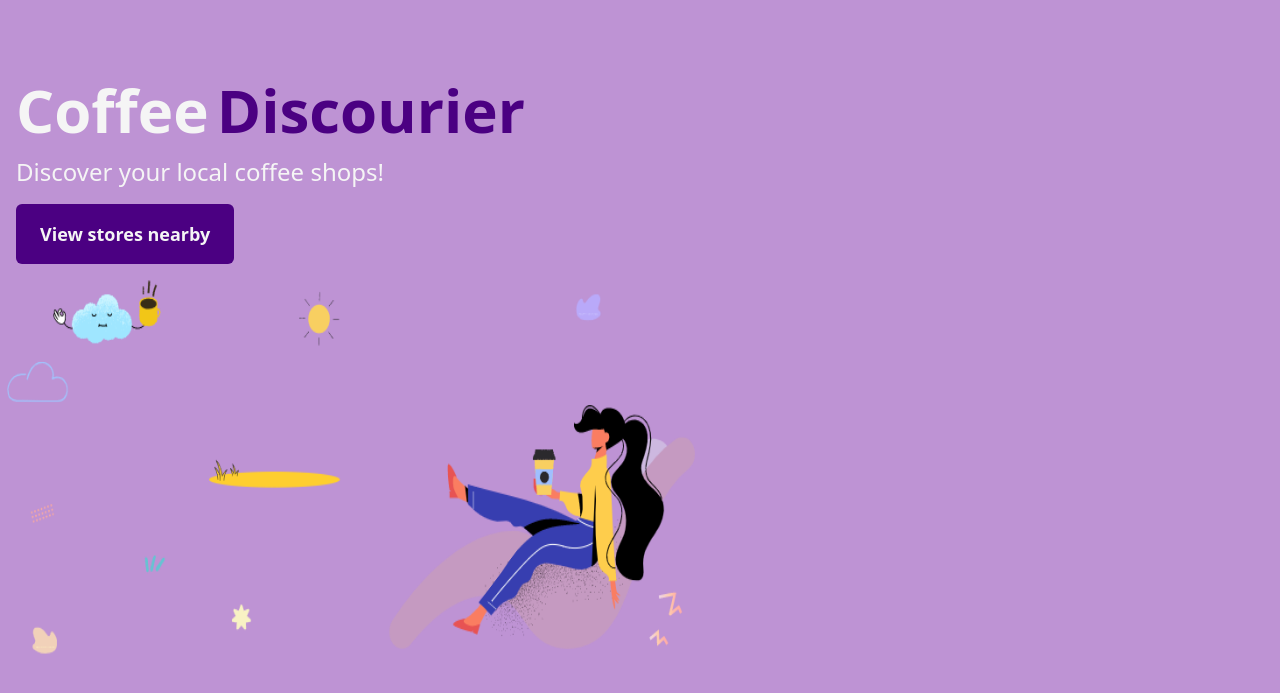
Repository: Tomiogunsan/Coffee-Discourier
Page: /
An editor plug-in stored every save of this project. The page is shown before and after the next save, followed by the edit.
The browser window is 1280 px wide. The pictures show the whole page.
The project was rebuilt for these pictures with package versions that can differ from the ones it lists, and the page was loaded fresh each time. The framework's server and built-in components were replaced by stand-ins that run in the browser. Also part of the build but not shown: next.config.js.

Above is the page before, as saved 2023-02-15 19:12:23.

### pages/_document.js
import { Html, Head, Main, NextScript } from 'next/document'

export default function Document() {
  return (
    <Html lang="en">
      <Head>
      <link  href="https://fonts.googleapis.com/css2?family=IBM+Plex+Sans:wght@300;400;500;600;700&family=Lato:wght@100;300;400;700;900&family=Montserrat:wght@300;400;500;600;
      700;800&family=Nunito:wght@500;700;800;900;1000&display=swap"
      rel="stylesheet"/>
      </Head>
      <body>
        <Main />
        <NextScript />
      </body>
    </Html>
  )
}

### pages/index.js
import Head from 'next/head'
import Image from 'next/image'
import { Inter } from '@next/font/google'

import Banner from '../components/banner'

const inter = Inter({ subsets: ['latin'] })

export default function Home() {
  function handleOnBannerBtn() {
    console.log("hi");
  }
  return (
    <>
      <Head>
        <title>Coffee Discourier</title>
        <meta name="description" content="Generated by create next app" />
        <meta name="viewport" content="width=device-width, initial-scale=1" />
        <link rel="icon" href="/favicon.ico" />
      </Head>
      <main>

    <Banner  buttonText='View stores nearby'
    handleOnClick={handleOnBannerBtn}/>
    <Image
    src="/static/hero-image.png"
    width={700}
    height={400}
    className="absolute top-[62px] md:top-10 z-1 md:right-[20%]"
    />






      </main>
    </>
  )
}

### styles/globals.css

body {
  color: rgb(var(--foreground-rgb));
  background: #be93d4;

  background-position: 50%;
  background-repeat: no-repeat;
  background-size: cover;

  height: 100%;
  font-family: ;
}

*{
  box-sizing:border-box;
}
@tailwind base;
@tailwind components;
@tailwind utilities;

### components/banner.js
import React from 'react'

export default function banner(props) {
  return (
    <div className='max-w-7xl mx-auto pt-[80px] pl-4'>
      <h1 >
        <span className='text-[#f5f5f5]  text-[45px] md:text-6xl capitalize font-extrabold'> Coffee</span>
        <span className='text-[#4B0082] block md:inline-block capitalize text-[45px] md:text-6xl font-bold md:ml-2 '>Discourier</span>
      </h1>
      <p className='text-[#f5f5f5] text-xl md:text-2xl py-2 md:py-4'>Discover your local coffee shops!</p>
      <button className='font-bold  bg-[#4B0082] text-[#f5f5f5] text-lg px-6 py-4 rounded-md' onClick={props.handleOnClick}>{props.buttonText}</button>
    </div>
  )
}

### tailwind.config.js
/** @type {import('tailwindcss').Config} */
module.exports = {
  content: [ "./app/**/*.{js,ts,jsx,tsx}",
  "./pages/**/*.{js,ts,jsx,tsx}",
  "./components/**/*.{js,ts,jsx,tsx}"],
  theme: {
    extend: {},
  },
  plugins: [],
}

Loaded but not shown: pages/_app.js (common file)

After the next save:
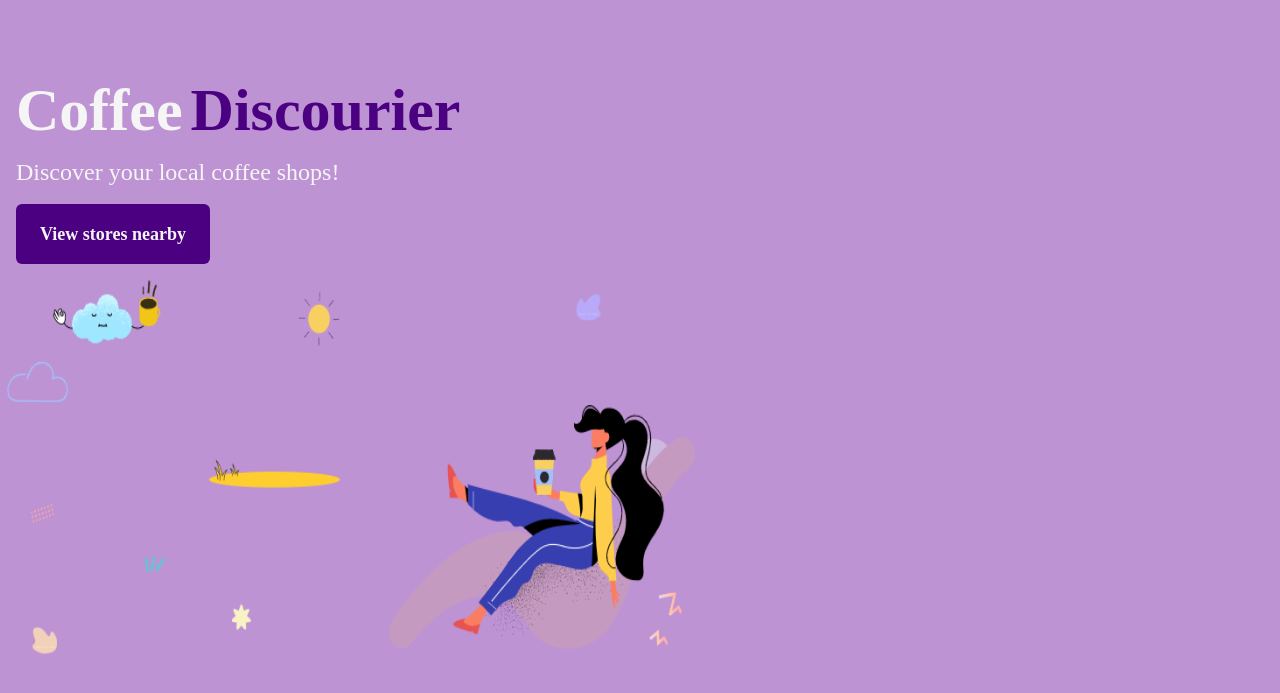
Saved 4 s later.
--- a/styles/globals.css
+++ b/styles/globals.css
@@ -8,7 +8,7 @@
   background-size: cover;
 
   height: 100%;
-  font-family: ;
+  font-family: IBM;
 }
 
 *{
